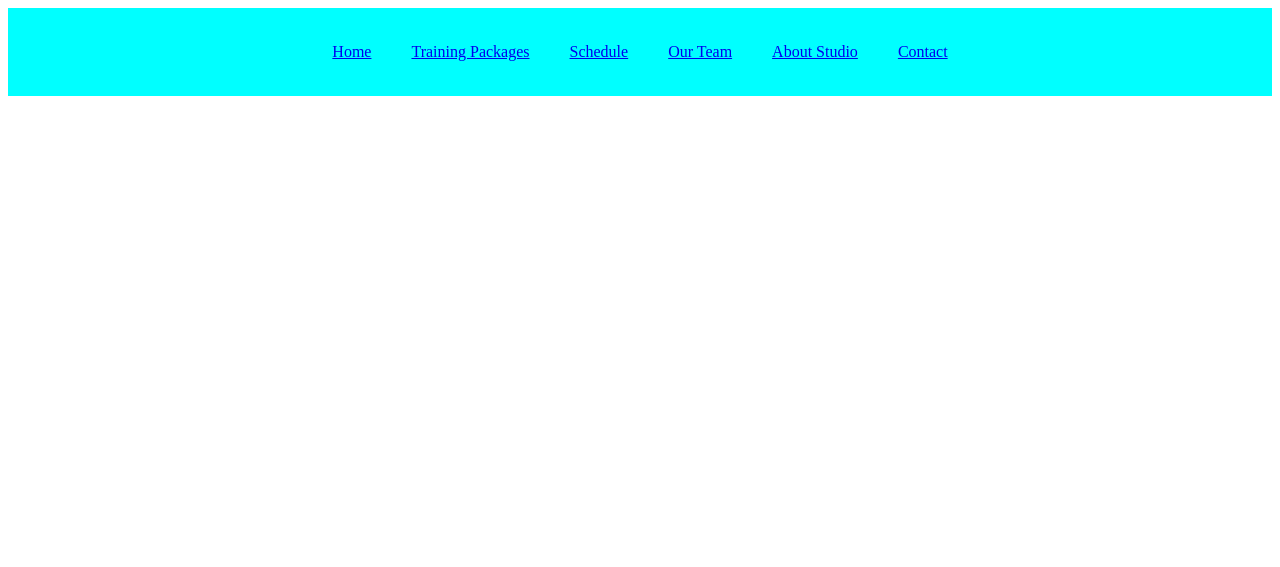
Repository: MujtabaHabib/muscle-memory-website
Page: index.html
These files come from the project's save history. The page is drawn as it stood at one moment and after a run of saves; the edit follows.
The browser window is 1280 px wide. The pictures show the whole page.

Above is the page before, as saved 2026-01-26 03:35:31.

After the next 2 saves:
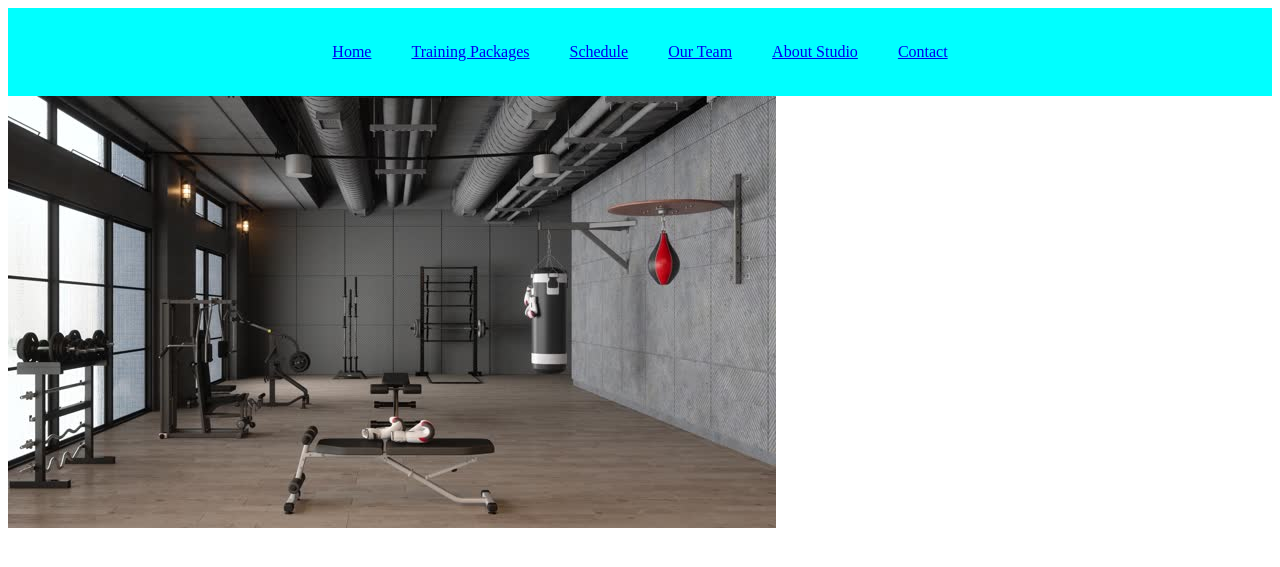
The 2 saves are shown as one change because they came seconds apart.
The last was saved 5 s later.
--- a/index.html
+++ b/index.html
@@ -20,7 +20,7 @@
                 <li><a href="#">Contact</a></li>
             </ul>
         </nav>
-        <img src="" alt="">
+        <img src="gym.jpg" alt="">
     </div>
 
 </body>
